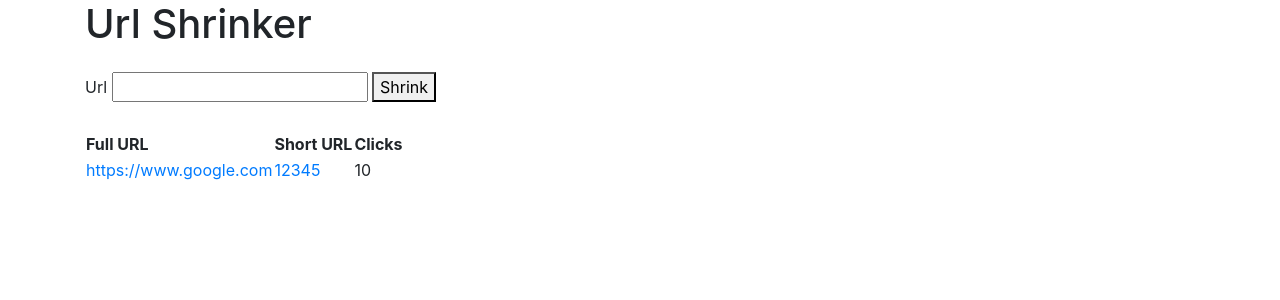
Repository: mohamediyas/urlShorter
Page: http://localhost/
The author's editor kept a copy of each file at every save. The page is drawn from the files as they stood at one save, then again after the next save.
The browser window is 1280 px wide. The pictures show the whole page.
The page is served by the project's Node server (index.js).

Above is the page before, as saved 2022-10-22 13:30:09.

### views/index.ejs
<!DOCTYPE html>
<html lang="en">
  <head>
    <meta charset="UTF-8" />
    <meta http-equiv="X-UA-Compatible" content="IE=edge" />

    <meta name="viewport" content="width=device-width, initial-scale=1.0" />

    <title>Document</title>
    <link
      rel="stylesheet"
      href="https://stackpath.bootstrapcdn.com/bootstrap/4.4.1/css/bootstrap.min.css"
      integrity="sha384-Vkoo8x4CGsO3+Hhxv8T/Q5PaXtkKtu6ug5TOeNV6gBiFeWPGFN9MuhOf23Q9Ifjh"
      crossorigin="anonymous"
    />
  </head>

  <body>
    <div class="container">
      <h1>Url Shrinker</h1>

      <form action="" method="post" class="my-4">
        <label for="fullUrl">Url</label>
        <input type="url" name="fullUrl" id="fullUrl" />
        <button type="submit">Shrink</button>
      </form>

      <table>
        <thead>
          <tr>
            <th>Full URL</th>
            <th>Short URL</th>
            <th>Clicks</th>
          </tr>
        </thead>

        <tbody>
          <tr>
            <td>
              <a href="https://www.google.com">https://www.google.com</a>
            </td>
            <td>
              <a href="/12345">12345</a>
            </td>
            <td>10</td>
          </tr>
        </tbody>
      </table>
    </div>
  </body>
</html>

### index.js
const express = require("express");
const path = require("path");

const app = express();

app.set("view engine", "ejs");
// app.set("views", path.join(__dirname, "views"));

app.get("/", (req, res) => {
  res.render("index");
});

app.listen(process.env.PORT || 5000);

After the next save:
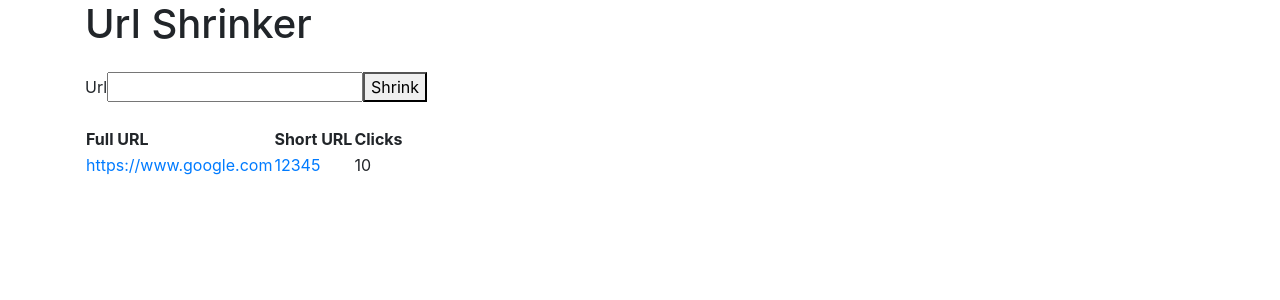
Saved 32 s later.
--- a/views/index.ejs
+++ b/views/index.ejs
@@ -19,7 +19,7 @@
     <div class="container">
       <h1>Url Shrinker</h1>
 
-      <form action="" method="post" class="my-4">
+      <form action="" method="post" class="my-4 form-inline">
         <label for="fullUrl">Url</label>
         <input type="url" name="fullUrl" id="fullUrl" />
         <button type="submit">Shrink</button>

After the save that followed:
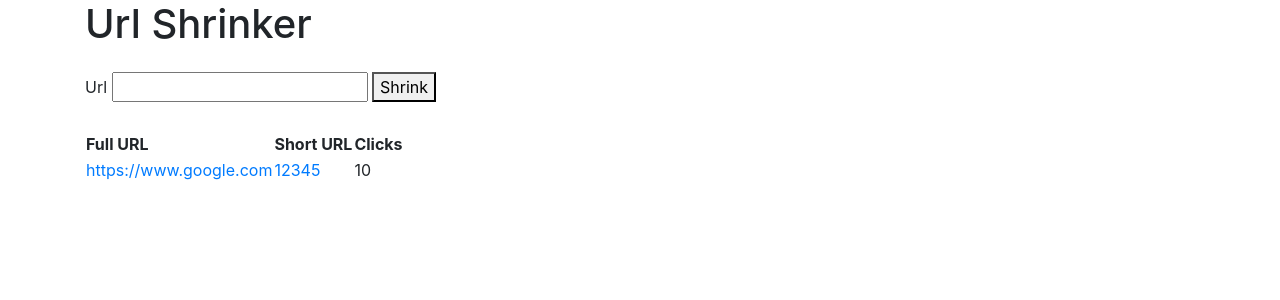
Saved 15 s later.
--- a/views/index.ejs
+++ b/views/index.ejs
@@ -19,7 +19,7 @@
     <div class="container">
       <h1>Url Shrinker</h1>
 
-      <form action="" method="post" class="my-4 form-inline">
+      <form action="" method="post" class="my-4">
         <label for="fullUrl">Url</label>
         <input type="url" name="fullUrl" id="fullUrl" />
         <button type="submit">Shrink</button>
